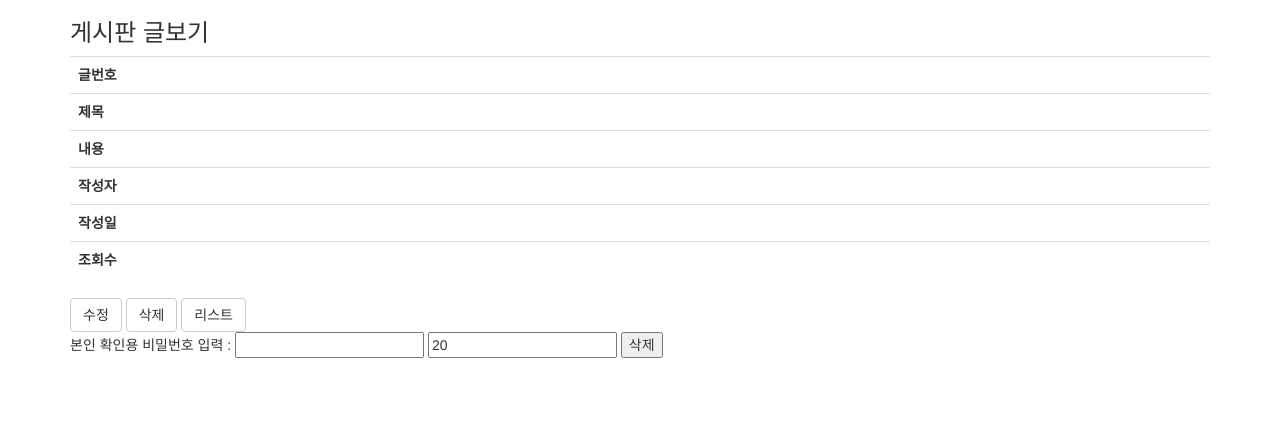
Repository: nsj2204/spring2
Page: http://localhost/ex01/WEB-INF/views/board/view.jsp
These files come from the project's save history. The page is drawn as it stood at one moment and after the next save; the edit follows.
The browser window is 1280 px wide. The pictures show the whole page.
The page is served by Tomcat 9. Nobody is signed in. The template is opened directly, without the code that normally fills it, so the values that code supplies are empty.

Above is the page before, as saved 2023-04-07 01:15:14.

After the next save:
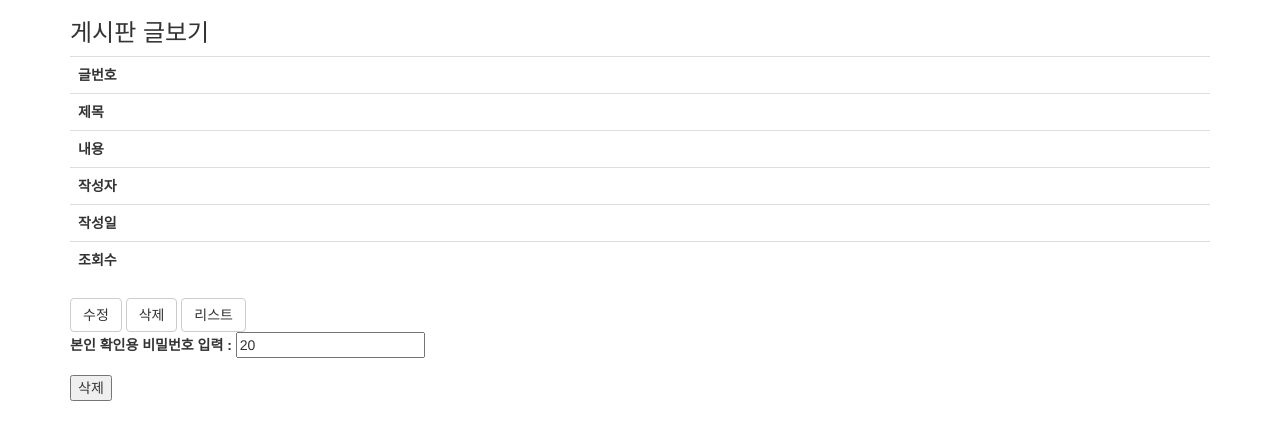
Saved 63 s later.
--- a/ex01/src/main/webapp/WEB-INF/views/board/view.jsp
+++ b/ex01/src/main/webapp/WEB-INF/views/board/view.jsp
@@ -50,8 +50,10 @@
 	<div id="deleteDiv">
 	<form action="delete.do" method="post">
 		<input name="no" value="${vo.no }" type="hidden">
-		본인 확인용 비밀번호 입력 : <input name="pw">
+		<div class="form-group">
+		<label>본인 확인용 비밀번호 입력 :</label>
 		<input name="no" value="20">
+		</div>
 		<button>삭제</button>
 	</form>
 	</div>
